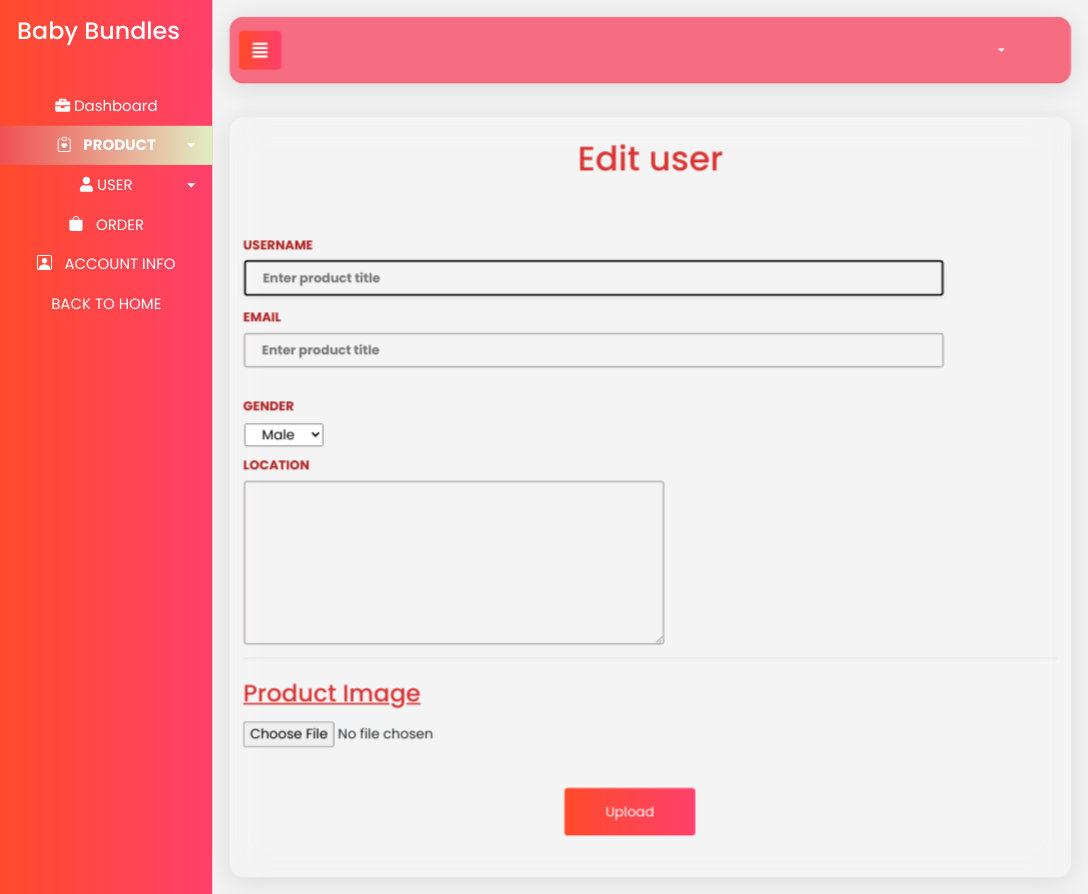
Repository: jiahow99/Baby-Bundles-University
Page: http://localhost/admin-edituser.php
These files come from the project's save history. The page is drawn as it stood at one moment and after the next save; the edit follows.
The browser window is 1280 px wide. The pictures show the whole page, at 85% of full size.
Some web libraries are served in a nearby version. The page is run by PHP 8.4 with error messages shown; the project is at /var/www/html/.

Above is the page before, as saved 2022-11-25 01:02:18.

After the next save:
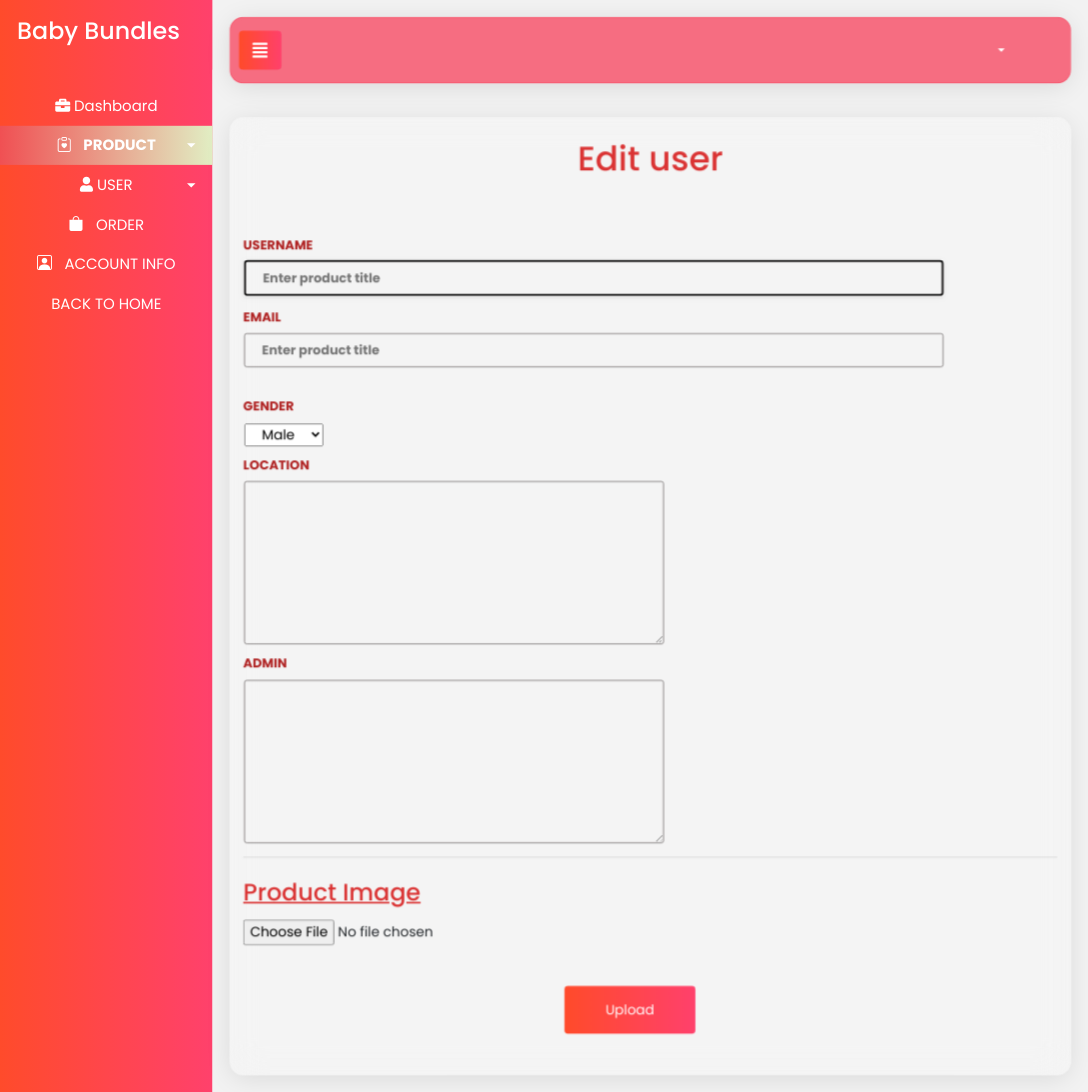
Saved 40 s later.
--- a/admin-edituser.php
+++ b/admin-edituser.php
@@ -66,6 +66,11 @@
                     <textarea name="location" id="location" class="textarea--style-6 col-6 ml-3" rows="5"></textarea>
                 </div>
 
+                <div class="row">
+                    <label for="" class="name text-uppercase col-12">Admin</label>
+                    <textarea name="location" id="location" class="textarea--style-6 col-6 ml-3" rows="5"></textarea>
+                </div>
+
 
                 <hr>
 
